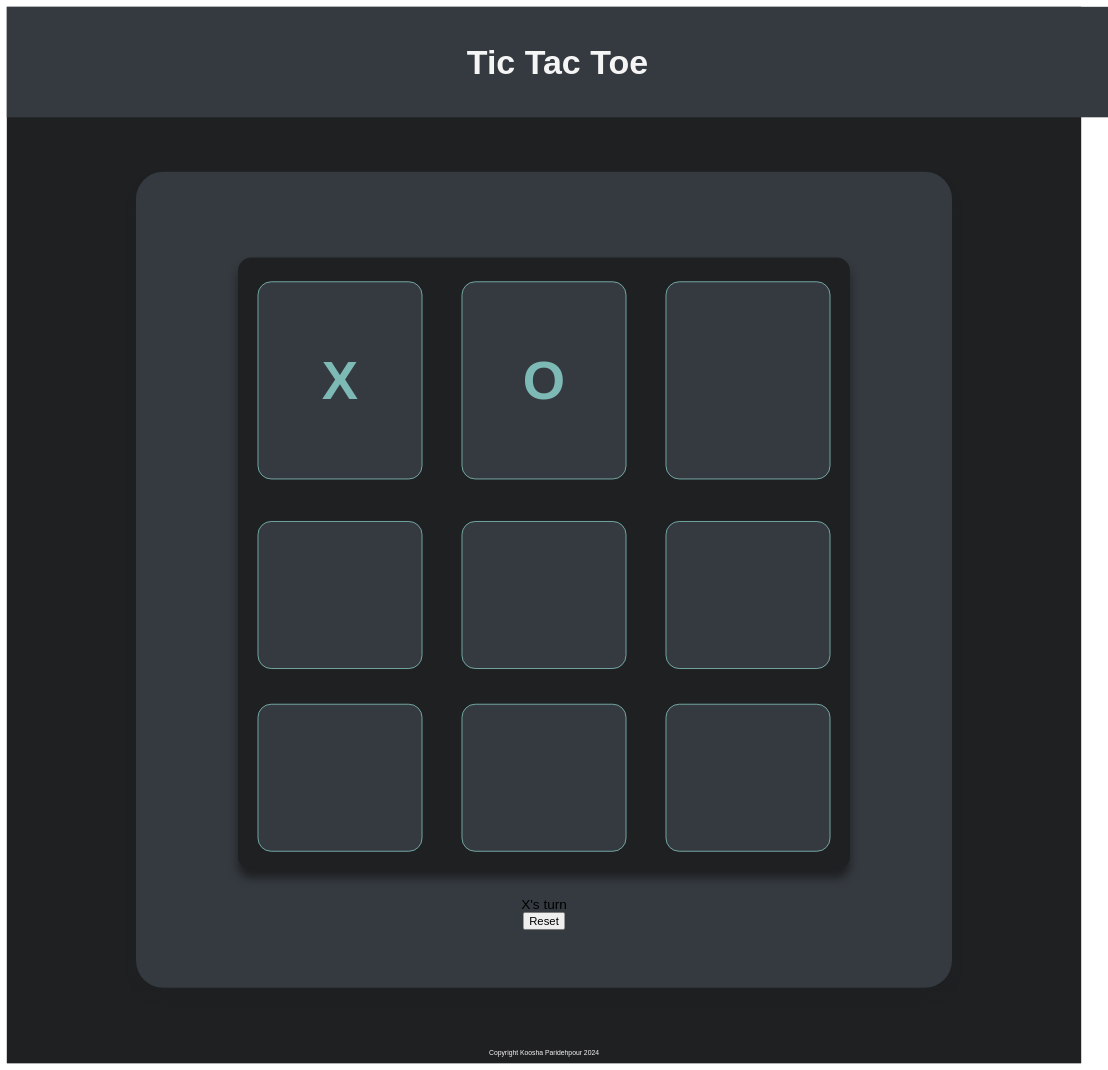
Repository: KooshaPari/odin-TTT
Page: index.html
These files come from the project's save history. The page is drawn as it stood at one moment and after the next save; the edit follows.
The browser window is 1280 px wide. The page is 1304 px wide, so the pictures cover 1304 px, including what lies to the right of the window. The pictures show the whole page, at 85% of full size.

Above is the page before, as saved 2024-03-14 23:05:59.

After the next save:
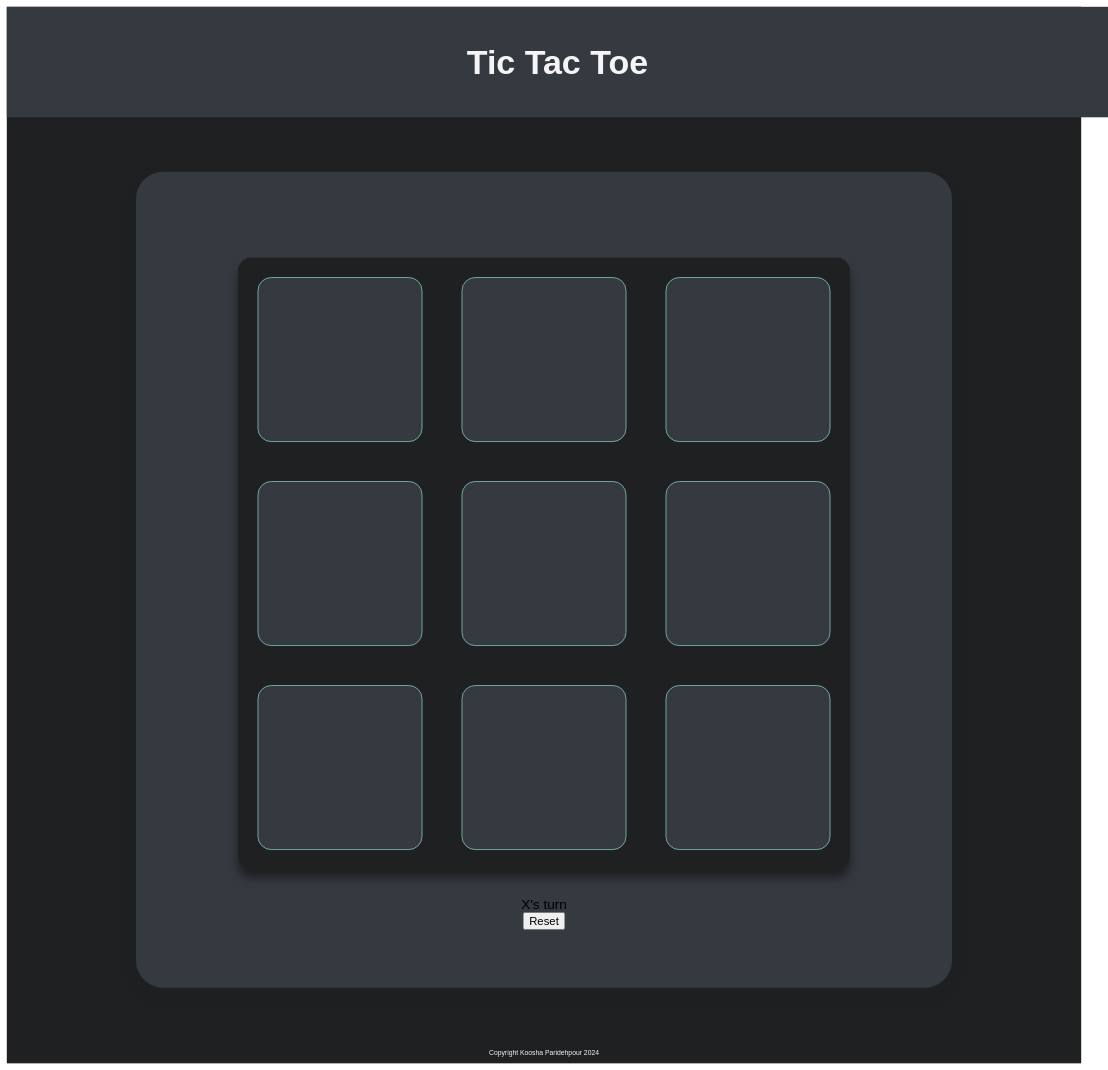
Saved 13 s later.
--- a/index.html
+++ b/index.html
@@ -15,8 +15,8 @@
       <div id="body">
         <div id="game">
           <div id="board">
-            <div class="square" id="0"><p>X</p></div>
-            <div class="square" id="1"><p>O</p></div>
+            <div class="square" id="0"></div>
+            <div class="square" id="1"></div>
             <div class="square" id="2"></div>
             <div class="square" id="3"></div>
             <div class="square" id="4"></div>
